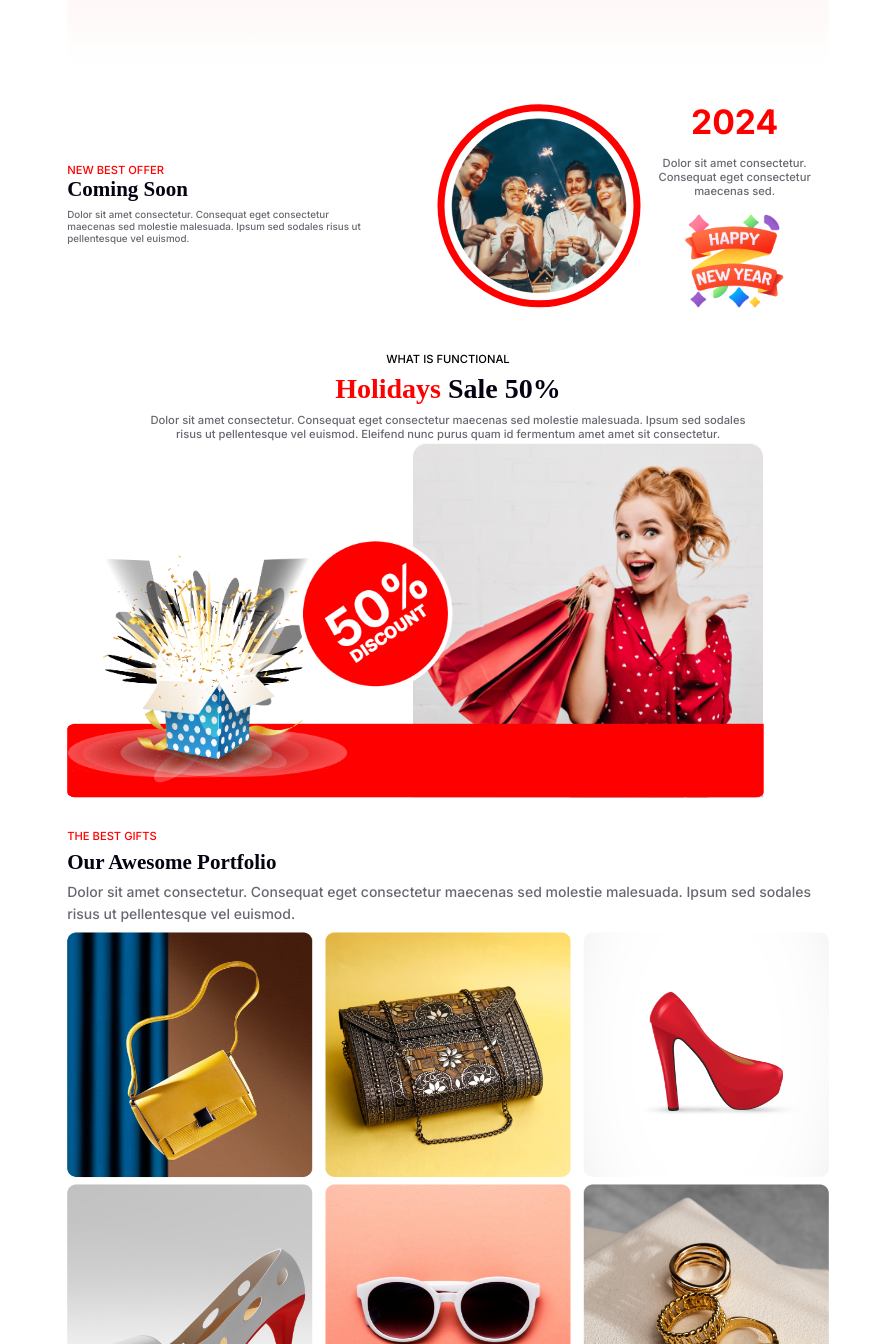
Repository: sumonkumarsarkar/new-year-2024
Page: index.html
An editor plug-in stored every save of this project. The page is shown before and after the next save, followed by the edit.
The browser window is 1280 px wide. The pictures show the part of the page from y = 2290 to 4210 px (the page is 5500 px tall), at 70% of full size.

Above is the page before, as saved 2024-01-08 18:46:38.

After the next save:
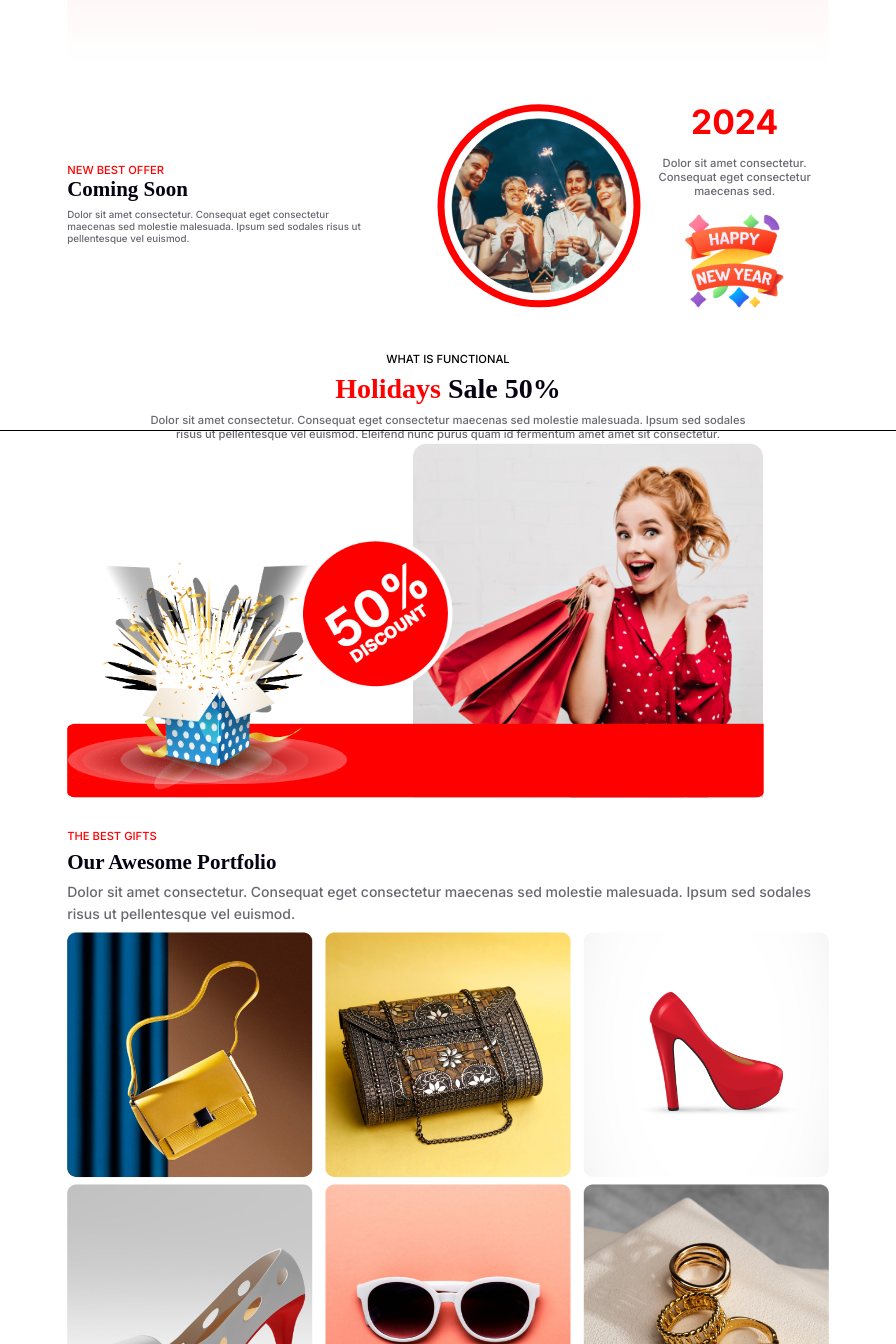
Saved 24 s later.
--- a/style.css
+++ b/style.css
@@ -318,7 +318,7 @@ right:-100px;
 .holiday-img .div3 img{
     position: absolute;
     left:0;
-    top:160px;
+    top:170px;
     width:400px;
     z-index: 1;
 }
